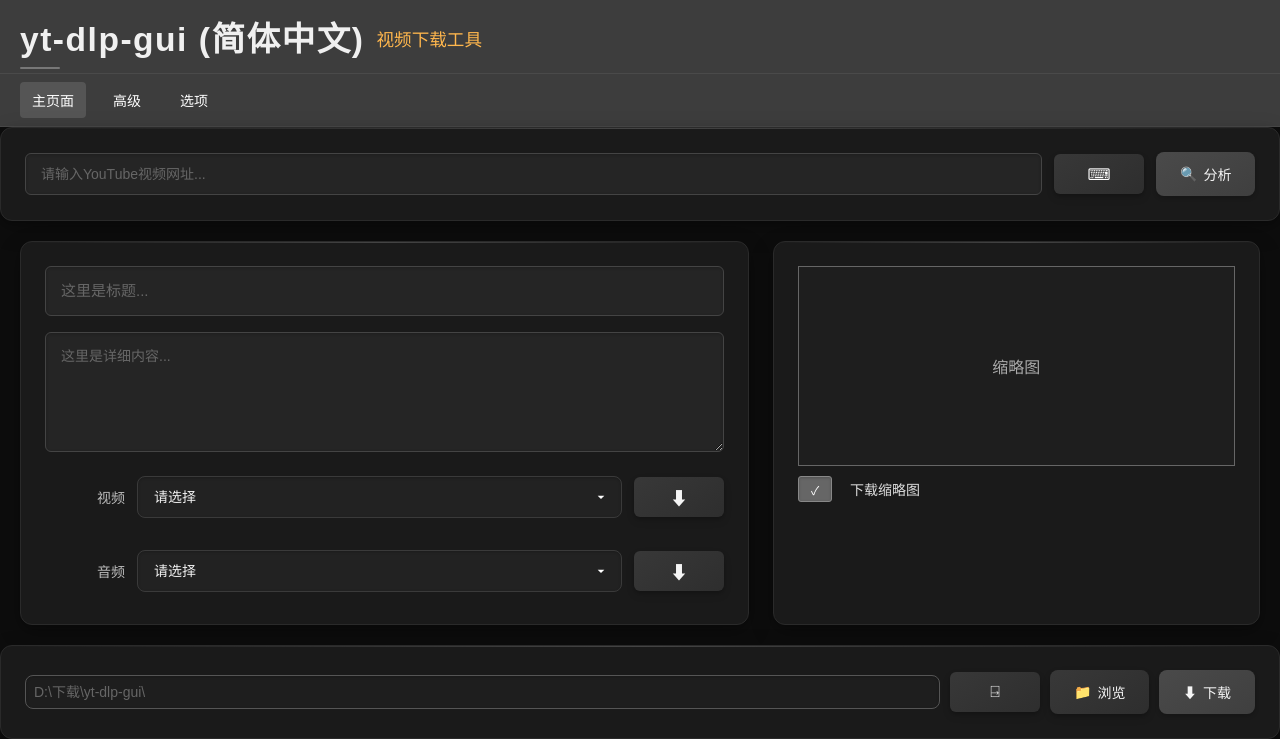
Repository: zArvin6808/yt-TubeSaver
Page: index.html
The author's editor kept a copy of each file at every save. The page is drawn from the files as they stood at one save, then again after the next save.
The browser window is 1280 px wide. The pictures show the whole page.

Above is the page before, as saved 2025-06-08 07:42:57.

After the next save:
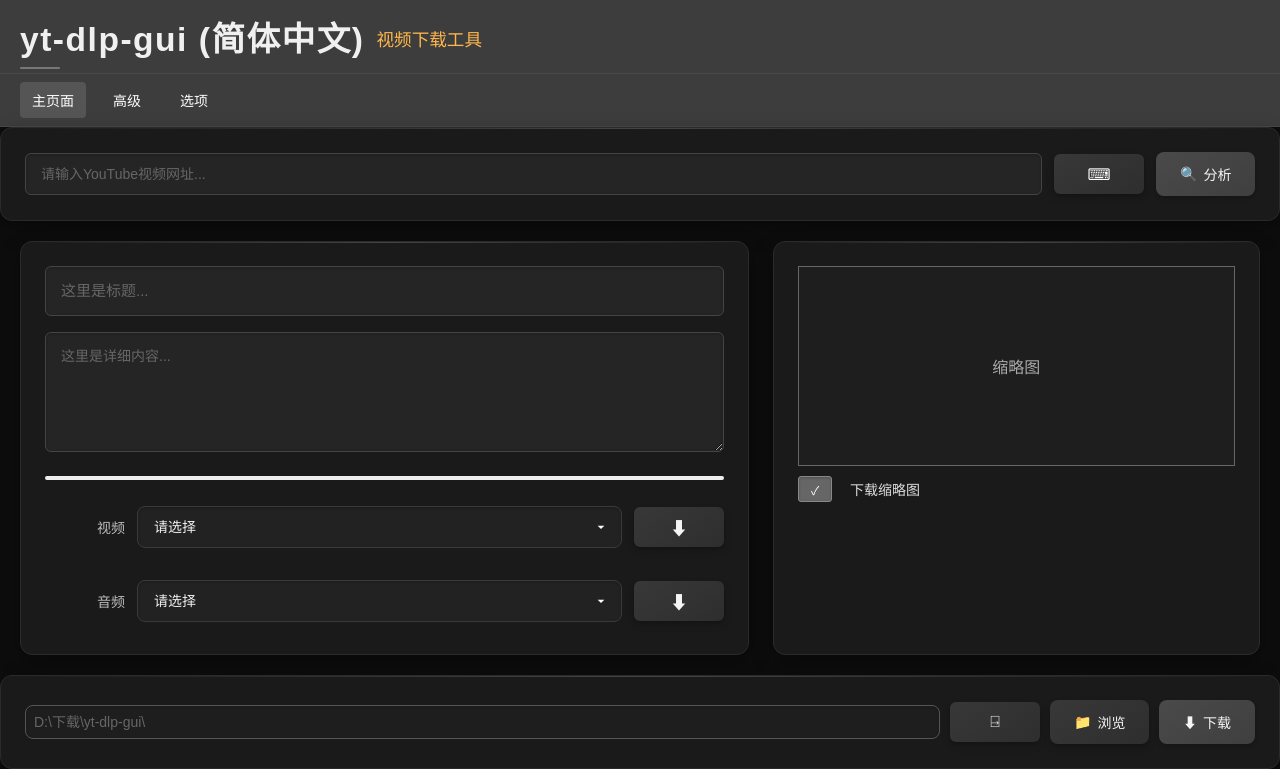
Saved 4 min 53 s later.
--- a/index.html
+++ b/index.html
@@ -36,6 +36,13 @@
       <div class="left-panel card">
         <textarea class="title-input" id="titleInput" placeholder="这里是标题..." readonly></textarea>
         <textarea class="content-textarea" id="contentTextarea" placeholder="这里是详细内容..."></textarea>
+        <!-- 下载进度条区域（移动到详细内容下方，细线样式） -->
+        <div id="progressBarContainer" style="margin:8px 0 0 0;">
+          <div style="height:4px;background:#eee;border-radius:2px;overflow:hidden;">
+            <div id="progressBar" style="height:100%;width:0%;background:#4caf50;transition:width 0.3s;"></div>
+          </div>
+          <div id="progressText" style="font-size:12px;color:#555;margin-top:2px;text-align:right;"></div>
+        </div>
 
         <!-- 视频行 -->
         <div class="select-group">
@@ -74,13 +81,6 @@
       <button class="icon-button" id="refreshPathButton" title="重置路径"><span>⍈</span></button>
       <button id="selectPathButton"><span>📁</span>浏览</button>
       <button id="downloadButton" class="primary"><span>⬇</span>下载</button>
-    </div>
-    <!-- 下载进度条区域 -->
-    <div id="progressBarContainer" style="display:none;margin:10px 0 0 0;">
-      <div style="height:18px;background:#eee;border-radius:8px;overflow:hidden;">
-        <div id="progressBar" style="height:100%;width:0%;background:#4caf50;transition:width 0.3s;"></div>
-      </div>
-      <div id="progressText" style="font-size:13px;color:#555;margin-top:2px;text-align:right;"></div>
     </div>
   </div>
 
